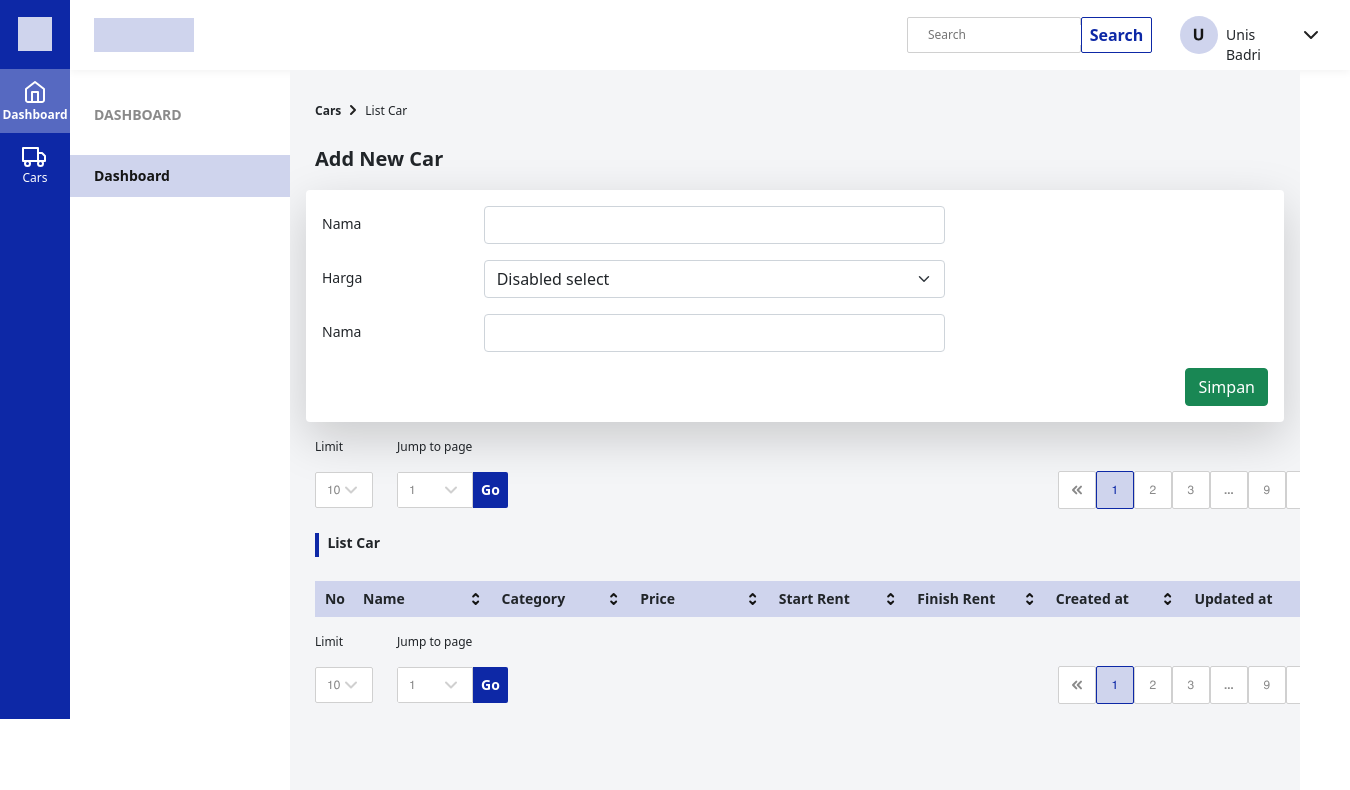
Repository: farrelmuhammad/challenge-7-binar
Page: /carlist/add
The author's editor kept a copy of each file at every save. The page is drawn from the files as they stood at one save, then again after the next save.
The browser window is 1280 px wide. The page is 1350 px wide, so the pictures cover 1350 px, including what lies to the right of the window. The pictures show the whole page.
The project was rebuilt for these pictures with package versions that can differ from the ones it lists, and the page was loaded fresh each time. Also part of the build but not shown: src/component/navbar.js, src/component/header.js, src/component/footer.js, src/App.js, src/component/admin/Dashboard/index.jsx, src/pages/admin/Dashboard.js, src/component/admin/Cars/index.jsx, src/pages/admin/CarsList.js and 2 more.

Above is the page before, as saved 2022-05-27 21:11:45.

### src/index.css
body {
  font-family: Helvetica Neue, Helvetica, Arial, sans-serif;
  font-style: normal;
  font-weight: normal;
  font-size: 14px;
  line-height: 20px;
  margin: 0;
  padding: 0;
}

h1,
h2,
h3,
h4,
h5 {
  line-height: 150%;
}

.header{
  background-color: #F1F3FF;
}

.footer i {
  color: #0D28A6;
  font-size: x-large;
}

.bg-darkblue{
  background-color: #0D28A6;
}

.logo {
  background-color: #0D28A6;
  width: 100px;
  height: 34px;
}

code {
  font-family: source-code-pro, Menlo, Monaco, Consolas, 'Courier New',
    monospace;
}

.card-cari {
  width: 1047px;
  /* height: 106px; */
  margin-top: -50px;
  z-index: 2;
}
.button-cari {
  width: 92px !important;
  margin-top: 30px;
  height: 36px;
}
.activeCari {
  height: 100%;
  width: 0;
  position: fixed;
  z-index: 2;
  top: 0;
  left: 0;
  background-color: rgba(0, 0, 0, 0.5);
  overflow-x: hidden;
  transition: 0.5s;
  padding-top: 34px;
}

### src/component/admin/Navbar.jsx
import { Link } from 'react-router-dom';
import './Navbar.css';

const Navbar = () => {
  return (
    <header>
      {/* navbar top */}
      <div className="nav-top navbar">
        <div className="logo"></div>
        <span
          className="icon-menu iconify"
          data-icon="charm:menu-hamburger"
          data-width="24"
        ></span>
        <form className="nav-search d-flex">
          <div className="box-search">
            <span
              className="iconify"
              data-icon="akar-icons:search"
              data-width="18"
            ></span>
            <input type="search" placeholder="Search" />
          </div>
          <button className="button-search" type="submit">
            Search
          </button>
        </form>
        <div className="profile">
          <img src="img/profile.svg" alt="profile" />
          <p>Unis Badri</p>
          <img className="dropdown" src="img/dropdown.svg" alt="dropdown" />
        </div>
      </div>

      {/* navbar side */}
      <div className="nav-side">
        <div className="nav-blue">
          <div className="square"></div>
          <div className="frame-menu">
            <div className="dash-img" id="active">
              <a href="/dashboard">
                <img src="/img/dashboard.svg" alt="dashboard" />
              </a>
              <a href="/dashboard">Dashboard</a>
            </div>
            <div className="dash-img">
              <Link to="/carlist">
              <a>
                <img src="/img/cars.svg" alt="cars" />
                Cars
              </a>
              </Link>
            </div>
          </div>
        </div>
        <div className="nav-white">
          <div className="title-menu">
            <h1>DASHBOARD</h1>
          </div>
          <div className="list-menu">
            <h1>Dashboard</h1>
          </div>
        </div>
      </div>
    </header>
  );
};

export default Navbar;

### src/component/admin/Cars/add/index.jsx
import React from 'react'

export const AddCar = () => {
  return (
    <>
            <div className="content">
                <div className="breadcrumb">
                <h1>Cars</h1>
                <img src="../img/arrow-right.svg" alt="arrow-right" />
                <p>List Car</p>
                </div>
                <div className="col">
                    <h1 className="title-h1">Add New Car</h1>
                </div>



                <form className="form-input shadow-lg p-3 m-3 bg-body rounded">
                        <div className="row mb-3">
                            <label for="inputKode3" className="col-sm-2 col-form-label">Nama</label>
                            <div className="col-sm-6">
                            <input type="kode" className="form-control" id="inputKode3"/>
                            </div>
                        </div>
                        <div className="row mb-3">
                            <label for="inputNama3" className="col-sm-2 col-form-label">Harga</label>
                            <div className="col-sm-6">
                                <select id="disabledSelect" className="form-select">
                                    <option>Disabled select</option>
                                </select>
                            </div>
                        </div>
                        <div className="row mb-3">
                            <label for="inputPassword3" className="col-sm-2 col-form-label">Nama</label>
                            <div className="col-sm-6">
                            <input type="kode" className="form-control" id="inputKode3"/>
                            </div>
                        </div>
                        <div className="d-grid gap-2 d-md-flex justify-content-md-end">
                            <button className="btn btn-success" type="button">Simpan</button>
                        </div>
                </form>

                {/* table navigation */}
                <div className="table-nav">
                <div className="limit-nav">
                    <p>Limit</p>
                    <img src="../img/form-drop.svg" alt="form-drop" />
                </div>
                <div className="jump-nav">
                    <p>Jump to page</p>
                    <img src="../img/form-drop-2.svg" alt="form-drop-2" />
                </div>
                <div className="go-nav">
                    <h1>Go</h1>
                </div>
                <div className="page-number">
                    <img src="../img/page-number.svg" alt="page-number" />
                </div>
                </div>

                <div className="list-car">
                <img src="../img/line-blue.svg" alt="" />
                <h1>List Car</h1>
                </div>
                {/* car table */}
                <div className="list-table">
                <table className="table table-borderless">
                    <thead>
                    <tr>
                        <th style={{ textAlign: "center" }}>No</th>
                        <th>
                        Name
                        <img className="sort" src="img/sort.svg" alt="sort" />
                        </th>
                        <th>
                        Category
                        <img className="sort" src="img/sort.svg" alt="sort" />
                        </th>
                        <th>
                        Price
                        <img className="sort" src="img/sort.svg" alt="sort" />
                        </th>
                        <th>
                        Start Rent
                        <img className="sort" src="img/sort.svg" alt="sort" />
                        </th>
                        <th>
                        Finish Rent
                        <img className="sort" src="img/sort.svg" alt="sort" />
                        </th>
                        <th>
                        Created at
                        <img className="sort" src="img/sort.svg" alt="sort" />
                        </th>
                        <th>
                        Updated at
                        <img className="sort" src="img/sort.svg" alt="sort" />
                        </th>
                    </tr>
                    </thead>
                    <tbody>
                    {/* {dataCarAdmin?.map((car, i) => (
                        <>
                        <tr>
                            <td key={car.id} style={{ textAlign: "center" }}>
                            {i + 1}
                            </td>
                            <td>{car.name}</td>
                            <td>{car.category}</td>
                            <td>{car.price}</td>
                            <td>{car.start_rent_at}</td>
                            <td>{car.finish_rent_at}</td>
                            <td>{car.createdAt}</td>
                            <td>{car.updatedAt}</td>
                        </tr>
                        </>
                    ))} */}
                    </tbody>
                </table>
                </div>

                {/* table navigation */}
                <div className="table-nav">
                <div className="limit-nav">
                    <p>Limit</p>
                    <img src="img/form-drop.svg" alt="form-drop" />
                </div>
                <div className="jump-nav">
                    <p>Jump to page</p>
                    <img src="img/form-drop-2.svg" alt="form-drop-2" />
                </div>
                <div className="go-nav">
                    <h1>Go</h1>
                </div>
                <div className="page-number">
                    <img src="img/page-number.svg" alt="page-number" />
                </div>
                </div>
            </div>
            </>
  )
}

export default AddCar

### src/component/admin/Navbar.css
h1 {
    font-size: 14px;
    line-height: 20px;
}

header .nav-top {
    position: absolute;
    width: 1280px;
    height: 70px;
    left: 70px;
    right: 0;
    top: 0px;
    box-shadow: 0px 2px 8px rgba(0, 0, 0, 0.05);
}

header .nav-top .logo {
    position: absolute;
    width: 100px;
    height: 34px;
    left: 24px;
    top: 18px;
    background: #CFD4ED;
}

header .nav-top .icon-menu {
    position: absolute;
    width: 24px;
    height: 24px;
    left: 244px;
    top: 23px;
}

header .nav-top .nav-search {
    display: flex;
    flex-direction: row;
    align-items: flex-start;
    padding: 0px;
    position: absolute;
    width: 245px;
    height: 36px;
    left: 837px;
    top: 17px;
}

header .nav-top .nav-search .box-search {
    display: flex;
    flex-direction: row;
    align-items: center;
    padding-left: 12px;
    width: 174px;
    height: 36px;
    border: 1px solid #D0D0D0;
    border-radius: 2px;
    font-size: 12px;
    line-height: 18px;
    color: #8A8A8A;
}

header .nav-top .nav-search .box-search > input {
    border: none;
    outline: none;
    padding-left: 8px;
}

header .nav-top .nav-search .button-search {
    display: flex;
    flex-direction: row;
    justify-content: center;
    align-items: center;
    padding: 8px 12px;
    width: 71px;
    height: 36px;
    background-color: white;
    border: 1px solid #0D28A6;
    border-radius: 2px;
    font-weight: 700;
    color:#0D28A6;
}

header .nav-top .profile {
    display: flex;
    flex-direction: row;
    align-items: center;
    position: absolute;
    width: 143px;
    height: 38px;
    left: 1110px;
    right: 24px;
    top: 16px;
}

header .nav-top .profile > p {
    position: absolute;
    width: 65px;
    height: 20px;
    left: 46px;
    top: 9px;
    font-weight: 400;
    font-size: 14px;
    line-height: 20px;
}

header .nav-top .profile .dropdown {
    position: absolute;
    width: 24px;
    height: 24px;
    left: 119px;
    top: 7px;
}

header .nav-side {
    position: absolute;
    width: 290px;
    height: 100%;
    left: 0px;
    top: -1px;
}

header .nav-side .nav-blue {
    position: absolute;
    left: 0%;
    right: 75.86%;
    top: 0%;
    bottom: 0%;
    background: #0D28A6;
}

header .nav-side .nav-blue .square {
    position: absolute;
    width: 34px;
    height: 34px;
    left: 18px;
    top: 18px;
    background: #CFD4ED;
}

header .nav-side .nav-blue .frame-menu {
    display: flex;
    flex-direction: column;
    align-items: flex-start;
    padding: 0px;
    position: absolute;
    width: 70px;
    height: 128px;
    left: 0px;
    top: 70px;
}

header .nav-side .nav-blue .frame-menu .dash-img {
    display: flex;
    flex-direction: column;
    justify-content: center;
    align-items: center;
    padding: 20px 23px;
    position: static;
    width: 70px;
    height: 64px;
    left: 0px;
    top: 0px;
}

#active {
    font-weight: 700;
    background: rgba(255, 255, 255, 0.3);
}

header .nav-side .nav-blue .frame-menu .dash-img a {
    font-size: 12px;
    line-height: 18px;
    margin-top: 2px;
    text-decoration: none;
    color: white;
}

header .nav-side .nav-blue img:last-child {
    margin-top: 0;
}

header .nav-side .nav-white {
    position: absolute;
    left: 24.14%;
    right: 0%;
    top: 7.76%;
    bottom: 0.22%;
}

header .nav-side .nav-white .title-menu {
    position: absolute;
    width: 220px;
    height: 42px;
    left: 24px;
    top: 50px;
}

header .title-menu h1 {
    font-weight: 700;
    color: #8A8A8A;
    left: 24px;
}

header .nav-side .nav-white .list-menu {
    position: static;
    margin-top: 100px;
    width: 220px;
    height: 42px;
    padding: 11px 24px;
    background: #CFD4ED;
}

header .list-menu h1 {
    font-weight: 700;
    color: #151515;
    left: 24px;
}

### src/component/admin/Dashboard/Content.css
.content {
    position: absolute;
    overflow: auto;
    left: 290px;
    top: 70px;
    /* width: 1280px; */
    height: 100%;
    background: #F4F5F7;
    font-size: 14px;
    line-height: 20px;
}

.content .breadcrumb {
    position: absolute;
    width: 300px;
    height: 18px;
    left: 25px;
    top: 32px;
}

.content .breadcrumb > h1 {
    font-size: 12px;
    line-height: 18px;
    font-weight: 700;
}

.content .breadcrumb > p {
    font-size: 12px;
    line-height: 18px;
    font-weight: 300;
}

.content .breadcrumb > img {
    width: 16px;
    height: 16px;
    margin-left: 4px;
    margin-right: 4px;
}

.content .title-h1 {
    font-size: 20px;
    line-height: 30px;
    font-weight: 700;
    margin-left: 25px;
    margin-top:74px;
}

.content .list-order {
    margin-top: 24px;
    position: absolute;
    width: 79px;
    height: 24px;
    margin-left: 25px;
}

.content .list-order > img {
    width: 4px;
    height: 24px;
}

.content .list-order > h1 {
    float: right;
    font-weight: 700;
    margin-left: 8px;
}

.content .list-table table {
    margin-left: 25px;
    margin-top: 72px;
    width: 100%;
    table-layout: fixed;
    background-color: white;
    border: 1px solid none;
    border-radius: 2px;
}

.content .list-table table thead {
    background-color: rgba(207, 212, 237, 1);
    font-weight: 700;
}

.content .list-table table thead th:first-child {
    width: 40px;
}

.content .list-table table thead th > img {
    float: right;
}

.content .table-nav {
    display: flex;
    flex-direction: row;
    width: 1010px;
    font-size: 12px;
    line-height: 18px;
    font-weight: 300;
}

.content .table-nav .limit-nav{
    margin-left: 25px;
}

.content .table-nav .limit-nav p {
    font-size: 12px;
    line-height: 18px;
}

.content .table-nav .jump-nav {
    margin-left: 24px;
}

.content .table-nav .jump-nav p {
    font-size: 12px;
    line-height: 18px;
}

.content .table-nav .go-nav {
    width: 43px;
    height: 36px;
    margin-top: 34px;
    background: #0D28A6;
    border-radius: 0px 2px 2px 0px;
}

.content .table-nav .go-nav > h1 {
    text-align: center;
    font-weight: bold;
    color: white;
    padding: 8px 8px;
}

.content .table-nav .page-number {
    margin-top: 33px;
    margin-left: 550px;
}

.content .list-car {
    margin-top: 24px;
    position: absolute;
    width: 65px;
    height: 24px;
    margin-left: 25px;
}

.content .list-car > img {
    width: 4px;
    height: 24px;
}

.content .list-car > h1 {
    float: right;
    font-weight: 700;
    margin-left: 8px;
}

.content .title-button-car {
    display: inline-flex;
}

.content .title-button-car > h1 {
    margin-right: 800px;
}

.content .title-button-car > a img {
    margin-top: 74px;
}

.content .button-category {
    margin-top: 24px;
    margin-left: 8px;
    display: inline-flex;
}

.content .button-category img {
    margin-left: 16px;
}

.content .cars-card {
    width: 320px;
    height: 482px;
    margin-left: 25px;
    margin-top: 24px;
    box-shadow: 0px 0px 4px rgba(0, 0, 0, 0.15);
    border-radius: 8px;
}

.content .cars-card .card-img-top {
    width: 270px;
    height: 160px;
    margin: auto;
    margin-top: 55px;
}

.content .cars-card .card-body {
    padding: 24px;
}

.content .cars-card .card-body .bold-h1 {
    font-weight: 700;
    font-size: 16px;
    line-height: 24px;
    margin-bottom: 0;
}

.content .cars-card .card-body-text {
    display: inline-flex;
    width: 303px;
    height: 20px;
    margin-top: 16px;
}

.content .cars-card .card-body-text img {
    margin-right: 8px;
    width: 20px;
    height: 20px;
}

.content .cars-card .button-card {
    display: inline-flex;
    margin-left: 8px;
    margin-top: 24px;
}

.content .cars-card .button-card img {
    width: 120px;
}

.content .cars-card .button-card img:last-child {
    margin-left: 16px;
}

.content .form-add-new-car {
    width: 1010px;
    height: 350px;
    background: white;
    margin-top: 32px;
    margin-left: 25px;
}

.content .form-add-new-car .content-form {
    padding-top: 16px;
    padding-left: 25px;
    font-weight: 300;
    font-size: 12px;
    line-height: 18px;
}

.content .form-add-new-car .content-form label {
    width: 147px;
}

.content .form-add-new-car .content-form input {
    width: 339px;
    height:auto;
    border: 1px solid #D0D0D0;
    border-radius: 2px;
    color: #8A8A8A;
    font-weight: 300;
    font-size: 12px;
    line-height: 18px;
}

.content .form-add-new-car .content-form .content-box {
    margin-left: 4px;
}

.content .form-add-new-car .content-h1 h1 {
    display: inline-flex;
    margin-left: 25px;
    margin-top: 16px;
    font-weight: 300;
    font-size: 12px;
    line-height: 18px;
}

.content .form-add-new-car .content-h1 h1:first-child {
    width: 147px;
}

.content .form-add-new-car .content-h1 h1:last-child {
    margin-left: 8px;
}

.content .button-form {
    display: inline-flex;
    margin-left: 9px;
}

.content .button-form img {
    margin-left: 16px;
    margin-top: 282px;
    margin-bottom: 40px;
}

Loaded but not shown: public/index.html (common file); src/app/store.js (common file); src/reportWebVitals.js (common file); src/features/counter/counterAPI.js (common file); src/features/counter/counterSlice.js (73 lines, source omitted); src/Routes.js (25 lines, source omitted); src/index.js (26 lines, source omitted); src/pages/admin/AddCar.js (14 lines, source omitted); src/component/admin/Cars/Content.css (338 lines, source omitted)

After the next save:
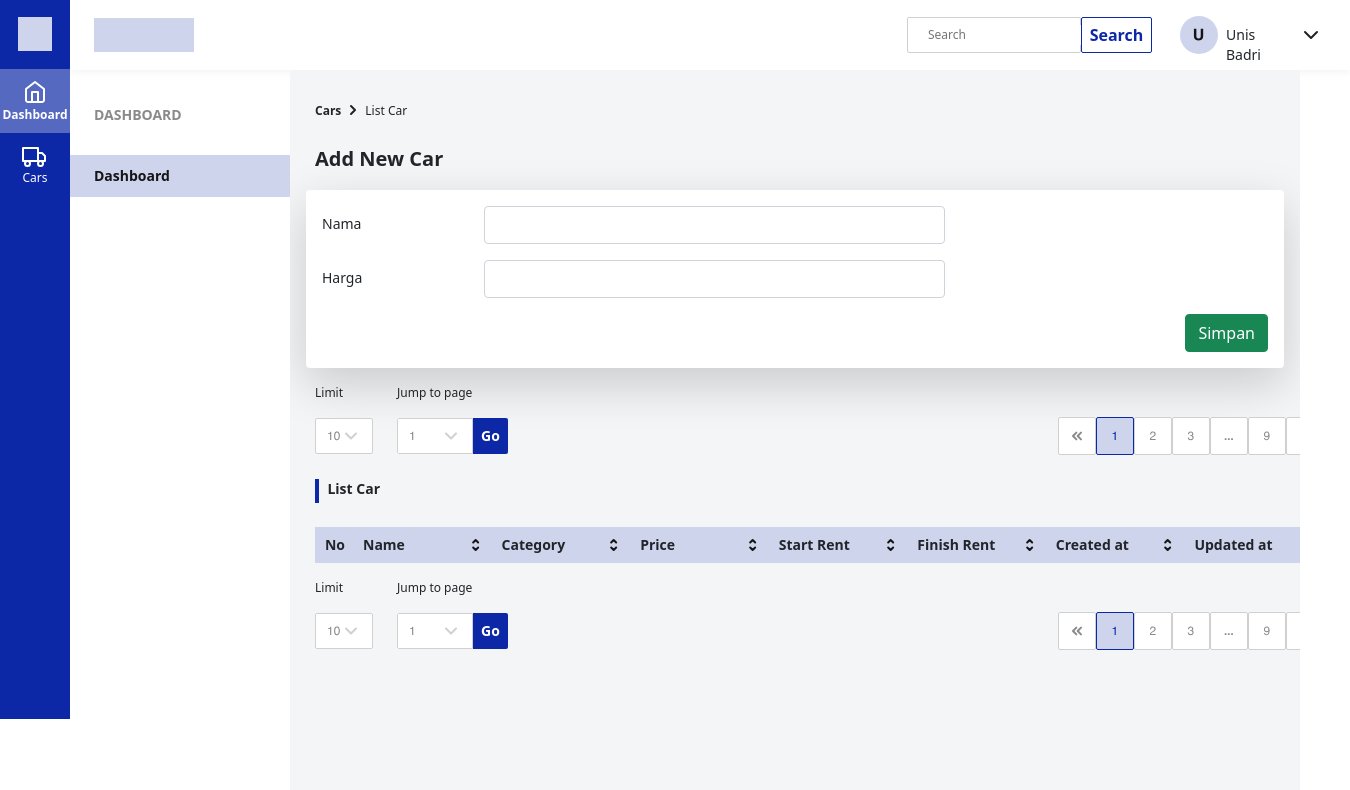
Saved 19 s later.
--- a/src/component/admin/Cars/add/index.jsx
+++ b/src/component/admin/Cars/add/index.jsx
@@ -23,15 +23,7 @@ export const AddCar = () => {
                             </div>
                         </div>
                         <div className="row mb-3">
-                            <label for="inputNama3" className="col-sm-2 col-form-label">Harga</label>
-                            <div className="col-sm-6">
-                                <select id="disabledSelect" className="form-select">
-                                    <option>Disabled select</option>
-                                </select>
-                            </div>
-                        </div>
-                        <div className="row mb-3">
-                            <label for="inputPassword3" className="col-sm-2 col-form-label">Nama</label>
+                            <label for="inputPassword3" className="col-sm-2 col-form-label">Harga</label>
                             <div className="col-sm-6">
                             <input type="kode" className="form-control" id="inputKode3"/>
                             </div>
